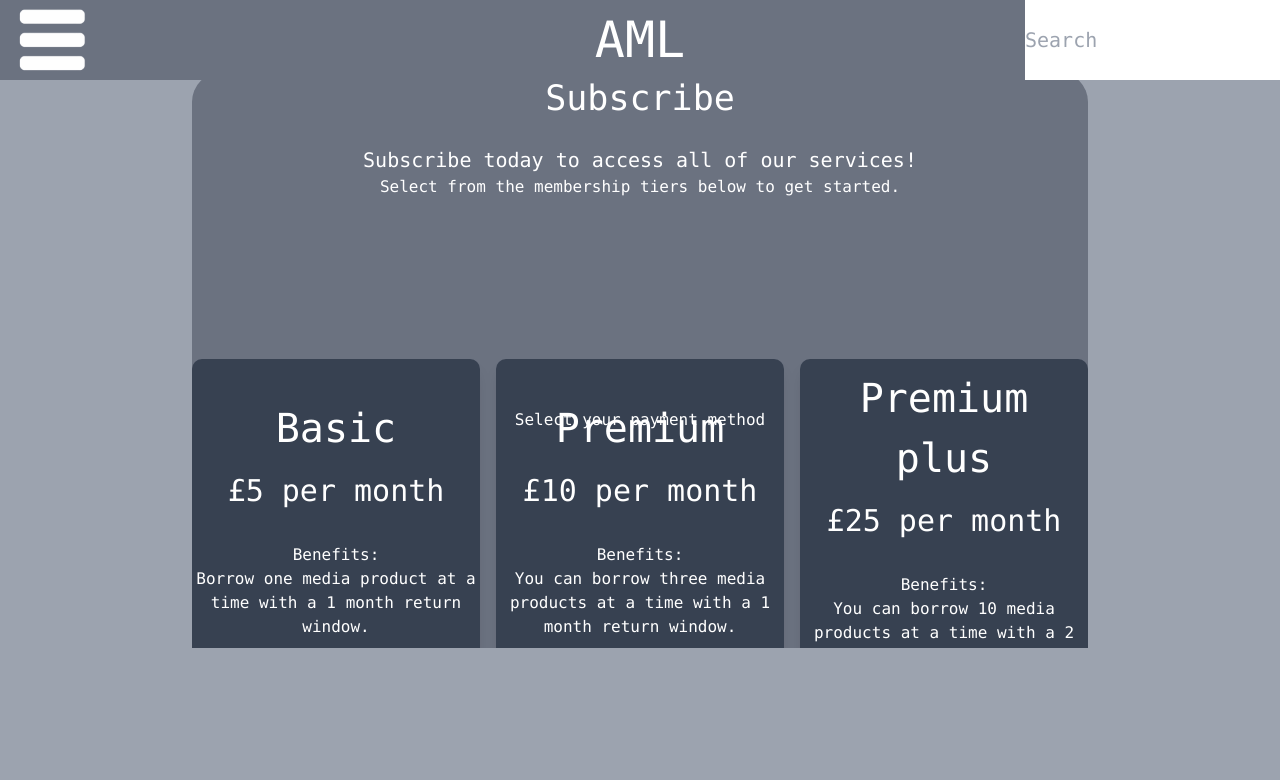
Repository: DuyKhanhDo/AML-Concept
Page: http://localhost/subscribe
An editor plug-in stored every save of this project. The page is shown before and after a run of saves, followed by the edit.
The browser window is 1280 px wide. The pictures show the whole page.
Some web libraries are served in a nearby version. The page is served by the project's Laravel application, run on PHP 8.4 with Laravel 12. A made-up administrator, Test User (test@example.com), is signed in.

Above is the page before, as saved 2024-11-11 14:46:04.

After the next 4 saves:
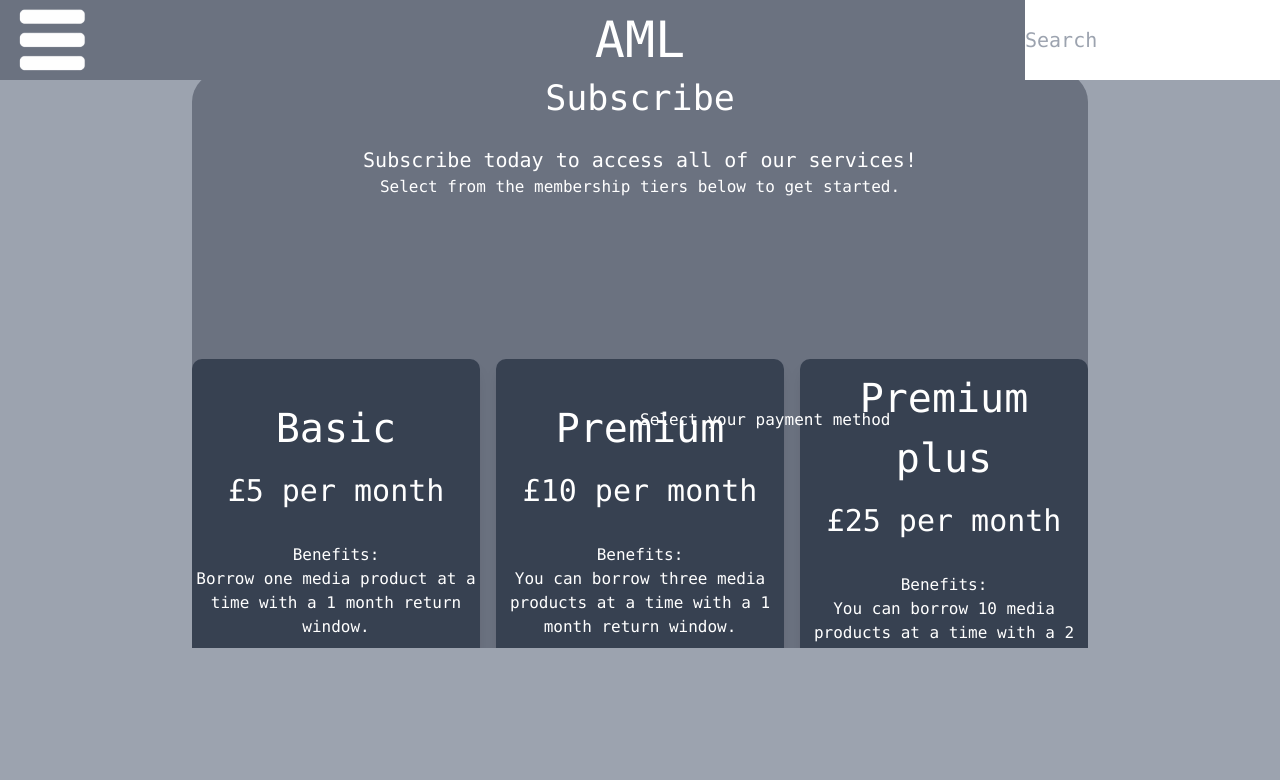
The 4 saves are shown as one change because they came seconds apart.
The last was saved 30 s later.
--- a/resources/views/subscribe.blade.php
+++ b/resources/views/subscribe.blade.php
@@ -11,7 +11,7 @@
                     <x-subscription-tier tier='Premium plus' price='£25' benefits='You can borrow 10 media products at a time with a 2 month return window.'></x-subscription-tier>
                 </div>
             </div>
-            <div id="payment-options" class="absolute ">
+            <div id="payment-options" class="absolute left-1/2 top">
                 <h1>Select your payment method</h1>
                 <button>
                     <img src="{{ asset('assets/paypal.png') }}" alt="">
